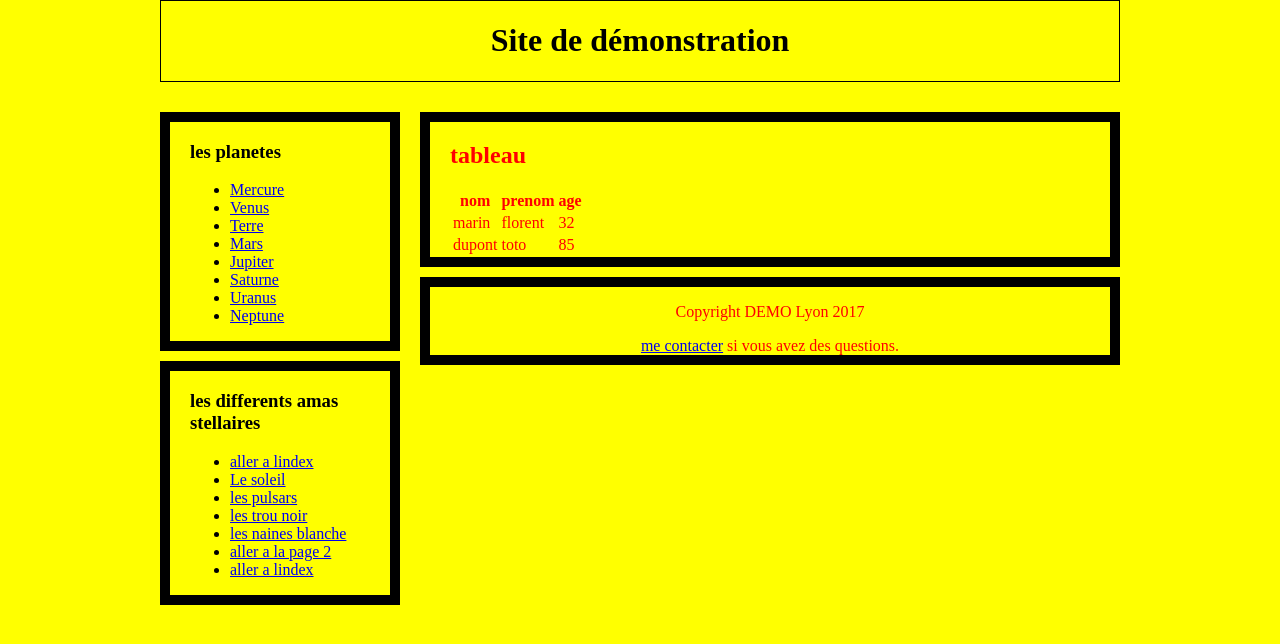
Repository: Poulpyto/fitec
Page: workspaceHtmlFlo/ModelePage1Flo/WebContent/tableau.html
These files come from the project's save history. The page is drawn as it stood at one moment and after the next save; the edit follows.
The browser window is 1280 px wide. The pictures show the whole page.

Above is the page before, as saved 2017-04-04 14:10:52.

After the next save:
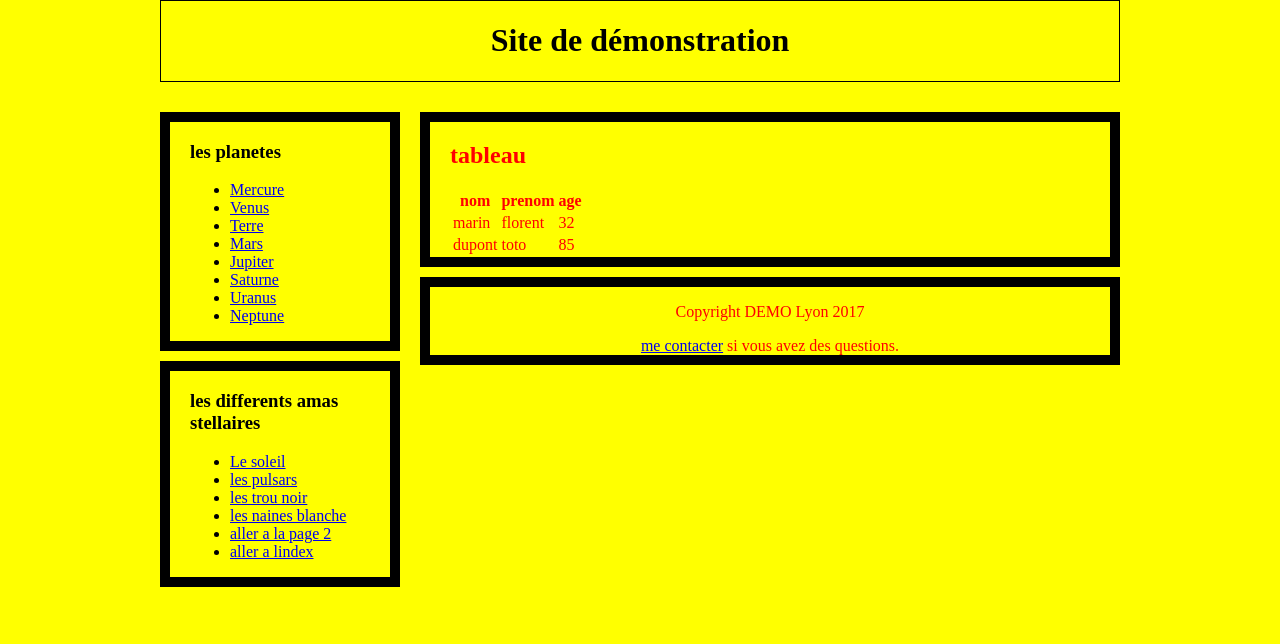
Saved 6 s later.
--- a/workspaceHtmlFlo/ModelePage1Flo/WebContent/tableau.html
+++ b/workspaceHtmlFlo/ModelePage1Flo/WebContent/tableau.html
@@ -29,7 +29,6 @@
 	<div class="block espace">
 		<h3>les differents amas stellaires</h3>
 		<ul>
-		<li><a href= "index.html">aller a lindex </a></li>
 			<li><a href= "#">Le soleil</a></li>
 			<li><a href= "#">les pulsars</a></li>
 			<li><a href= "#">les trou noir</a></li>
